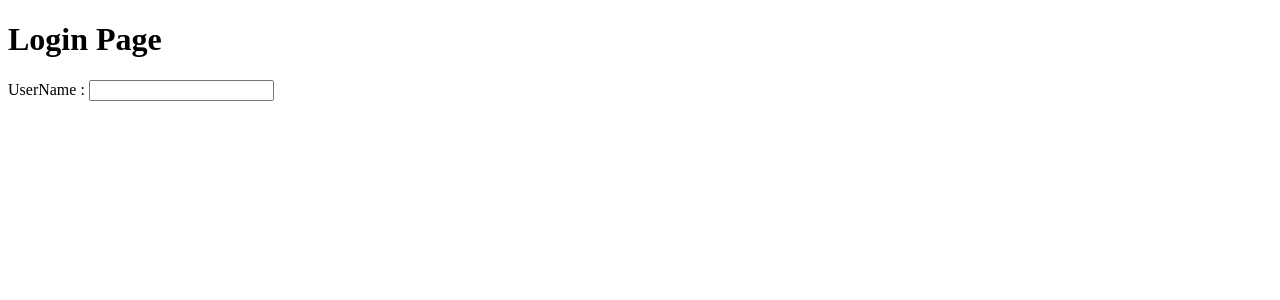
Repository: devgpta19/CDAC-Assignments
Page: http://localhost/CarVehicle/LoginPage.jsp
These files come from the project's save history. The page is drawn as it stood at one moment and after the next save; the edit follows.
The browser window is 1280 px wide. The pictures show the whole page.
The page is served by Tomcat 9. Other server files are loaded and not shown.

Above is the page before, as saved 2025-12-11 06:15:44.

### Adv.Java/Prac/CarVehicle/src/main/webapp/LoginPage.jsp
<%@ page language="java" contentType="text/html; charset=ISO-8859-1"
    pageEncoding="ISO-8859-1"%>
<!DOCTYPE html>
<html>
<head>
<meta charset="ISO-8859-1">
<title>Insert title here</title>
</head>
<body>

	<h1>Login Page</h1>
	<form action="/validateUser">
		<label for="uname" >UserName : </label>
		<input type="text" name="uname" id="uname" />
		<br>

	</form>

</body>
</html>

After the next save:
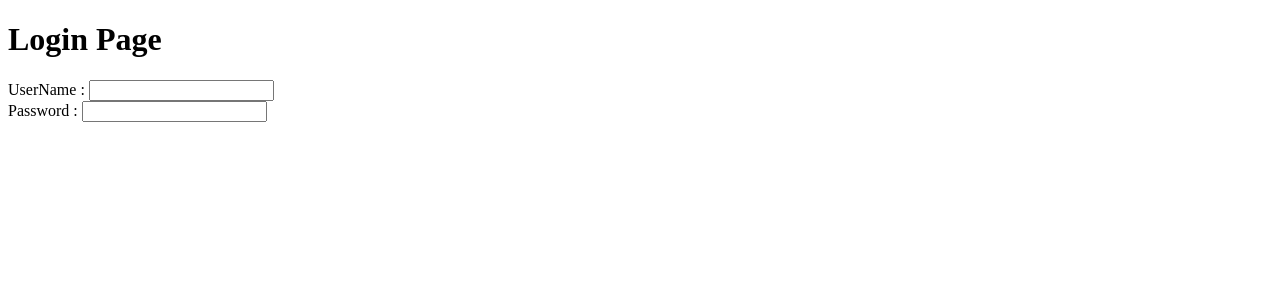
Saved 25 s later.
--- a/Adv.Java/Prac/CarVehicle/src/main/webapp/LoginPage.jsp
+++ b/Adv.Java/Prac/CarVehicle/src/main/webapp/LoginPage.jsp
@@ -13,6 +13,8 @@
 		<label for="uname" >UserName : </label>
 		<input type="text" name="uname" id="uname" />
 		<br>
+		<label for="pass" >Password : </label>
+		<input type="text" name="pass" id="pass" />
 
 	</form>
 
